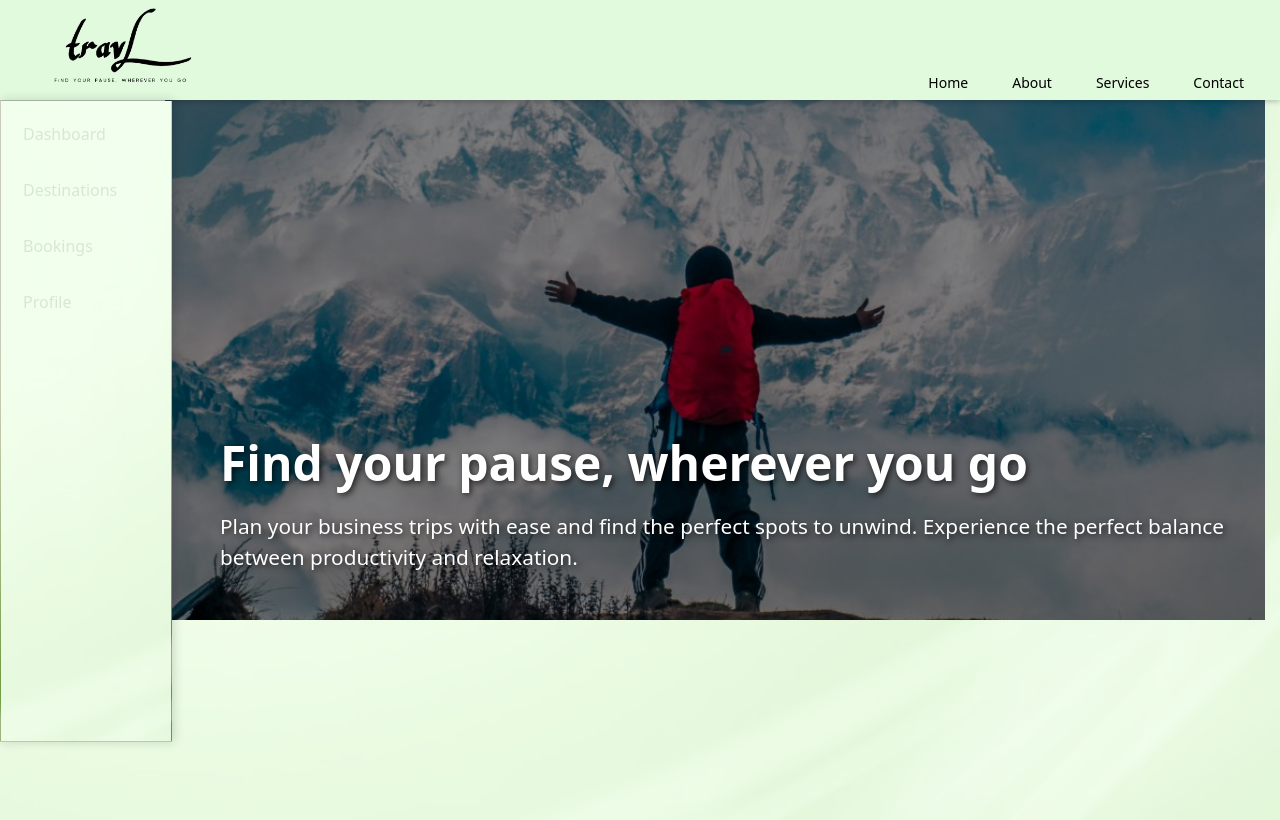
Repository: Nakib-Arman/Javafest25---travL
Page: / (app in Frontend/)
An editor plug-in stored every save of this project. The page is shown before and after a run of saves, followed by the edit.
The browser window is 1280 px wide. The pictures show the whole page.
Pictures or frames that could not be fetched are drawn as grey boxes. The project was rebuilt for these pictures with package versions that can differ from the ones it lists, and the page was loaded fresh each time. Also part of the build but not shown: Frontend/vite.config.js.

Above is the page before, as saved 2025-08-13 13:52:39.

After the next 3 saves:
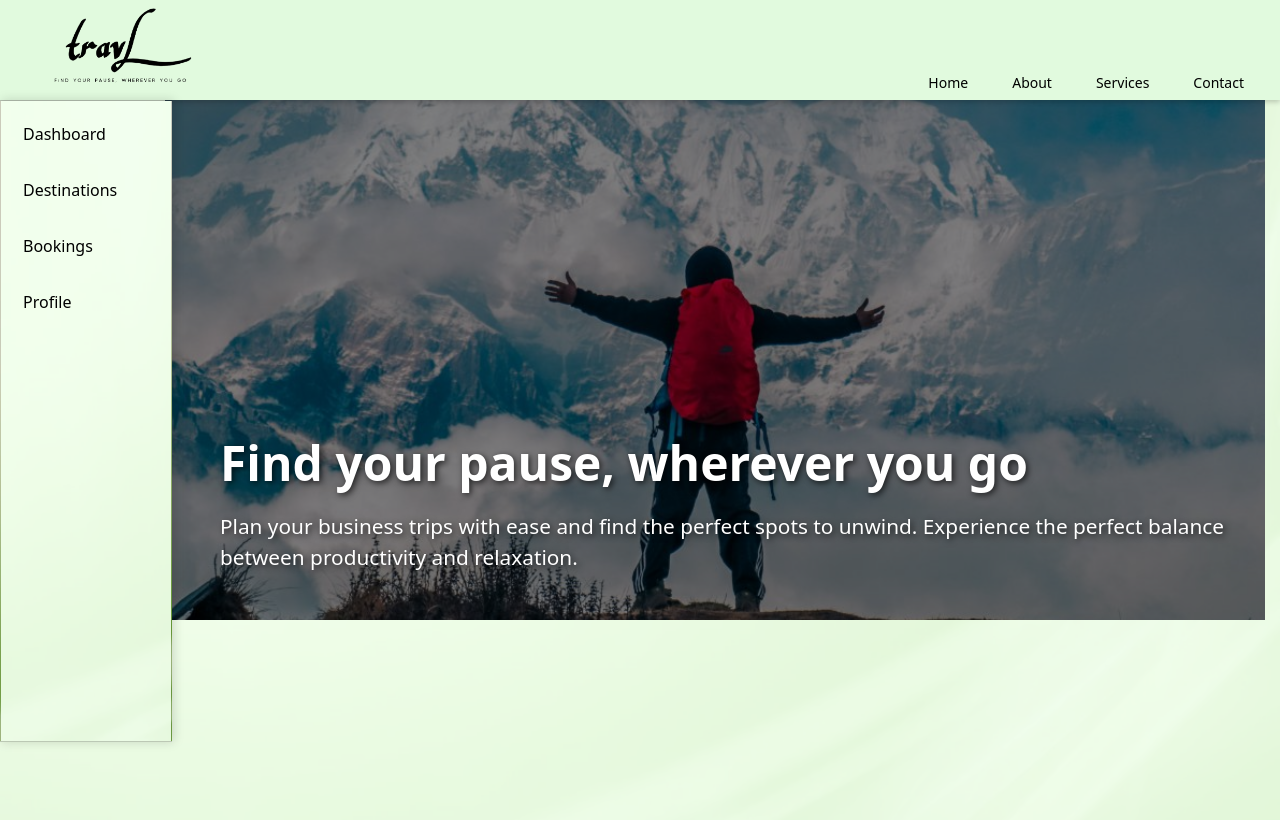
The 3 saves are shown as one change because they came seconds apart.
The last was saved 67 s later.
--- a/Frontend/src/CSS/Sidebar.css
+++ b/Frontend/src/CSS/Sidebar.css
@@ -44,6 +44,7 @@
   border-radius: 4px;
   cursor: pointer;
   transition: background-color 0.3s ease;
+  z-index: 2;
 }
 
 .sidebar button:hover {
